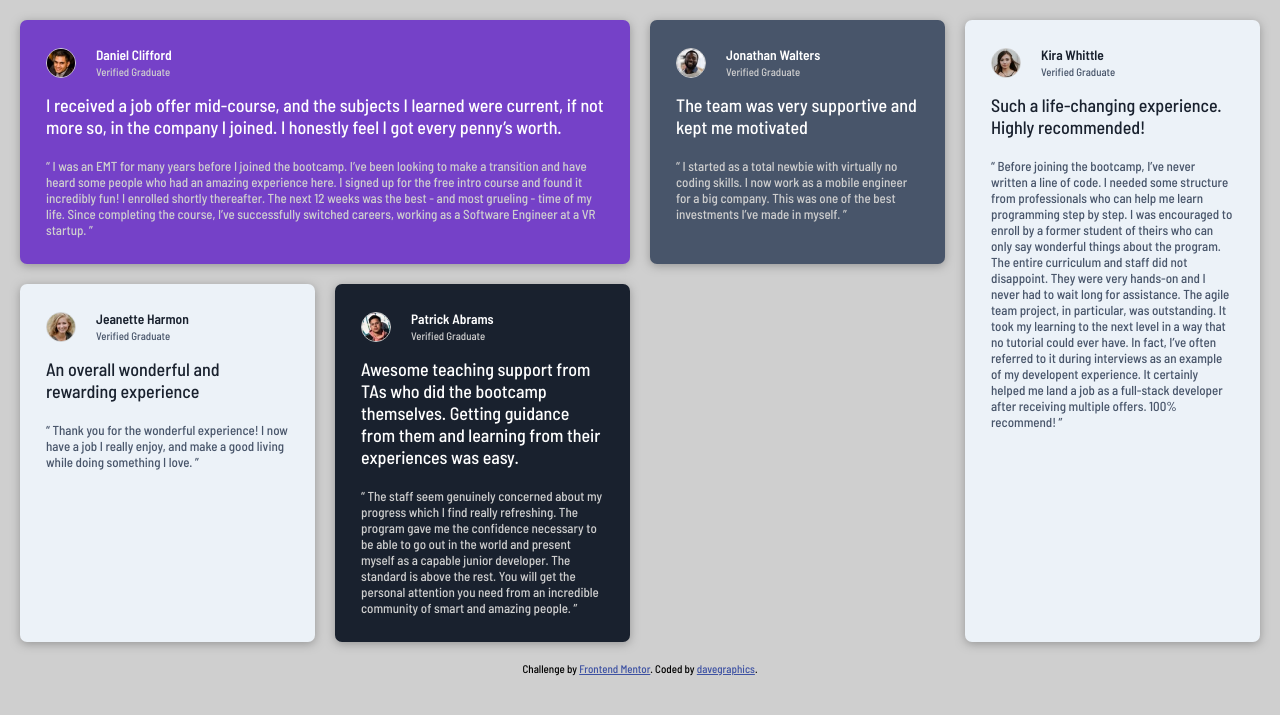
Repository: DejV44/testimonials_grid_section_main
Page: index.html
An editor plug-in stored every save of this project. The page is shown before and after the next save, followed by the edit.
The browser window is 1280 px wide. The pictures show the whole page.
The style sheet was rebuilt from its Sass, Less or Tailwind sources for each picture, by a compiler version that may differ from the author's.

Above is the page before, as saved 2021-07-15 19:47:08.

After the next save:
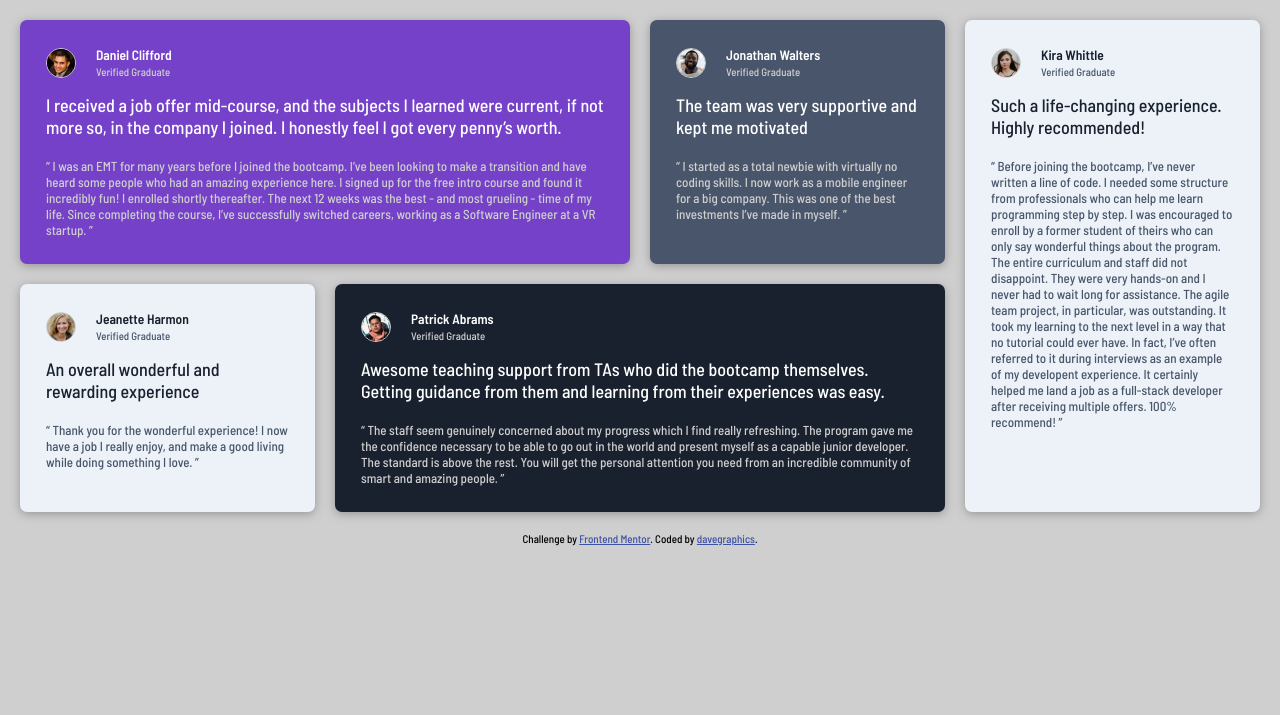
Saved 2 min 0 s later.
--- a/css/style.scss
+++ b/css/style.scss
@@ -124,22 +124,22 @@ body {
 
 @media (min-width: 1280px) {
 
-
-
-
-        .container {
-            max-width: 1440px;
-            grid-template-columns: repeat(4, 1fr);
-            .cards {
-                &.violet {
-                    grid-column: 1/3;
-                }
-                &.lgblue_b {
-                    grid-column: 4;
-                    grid-row: 1/3;
-                }
+    .container {
+        max-width: 1440px;
+        grid-template-columns: repeat(4, 1fr);
+        .cards {
+            &.violet {
+                grid-column: 1/3;
+            }
+            &.lgblue_b {
+                grid-column: 4;
+                grid-row: 1/3;
+            }
+            &.dbblue {
+                grid-column: 2/4;
             }
         }
+    }
 }
 
 .attribution { font-size: 11px; text-align: center; }
